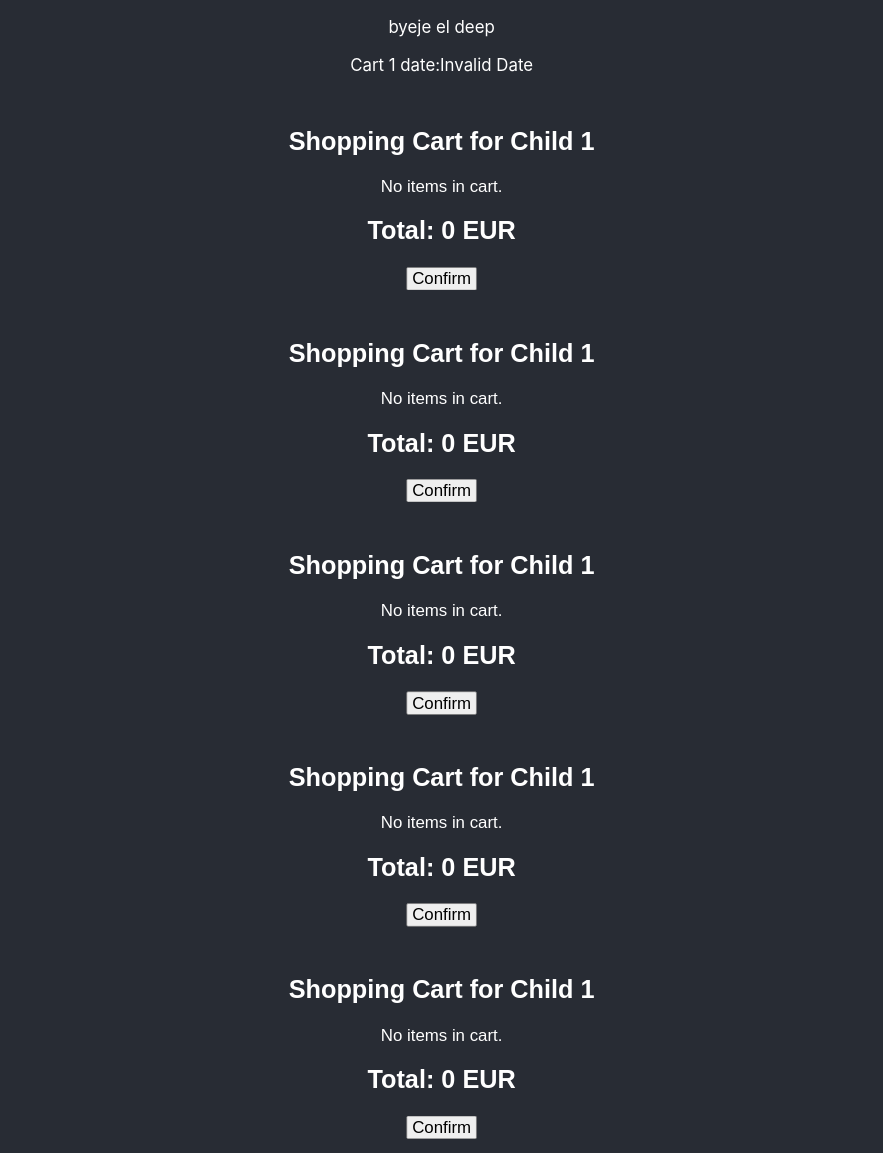
Repository: Zeriabo/DroppeXmas
Page: /
The author's editor kept a copy of each file at every save. The page is drawn from the files as they stood at one save, then again after the next save.
The browser window is 1280 px wide. The pictures show the whole page, at 69% of full size.
The page's requests for data from a server got no answer. The project was rebuilt for these pictures with package versions that can differ from the ones it lists, and the page was loaded fresh each time. No one was signed in, and anything a server would have sent is missing. Also part of the build but not shown: vite.config.js, src/components/atoms/cartItem.ts, src/components/molecules/CartItem.tsx.

Above is the page before, as saved 2022-02-09 20:57:23.

After the next save:
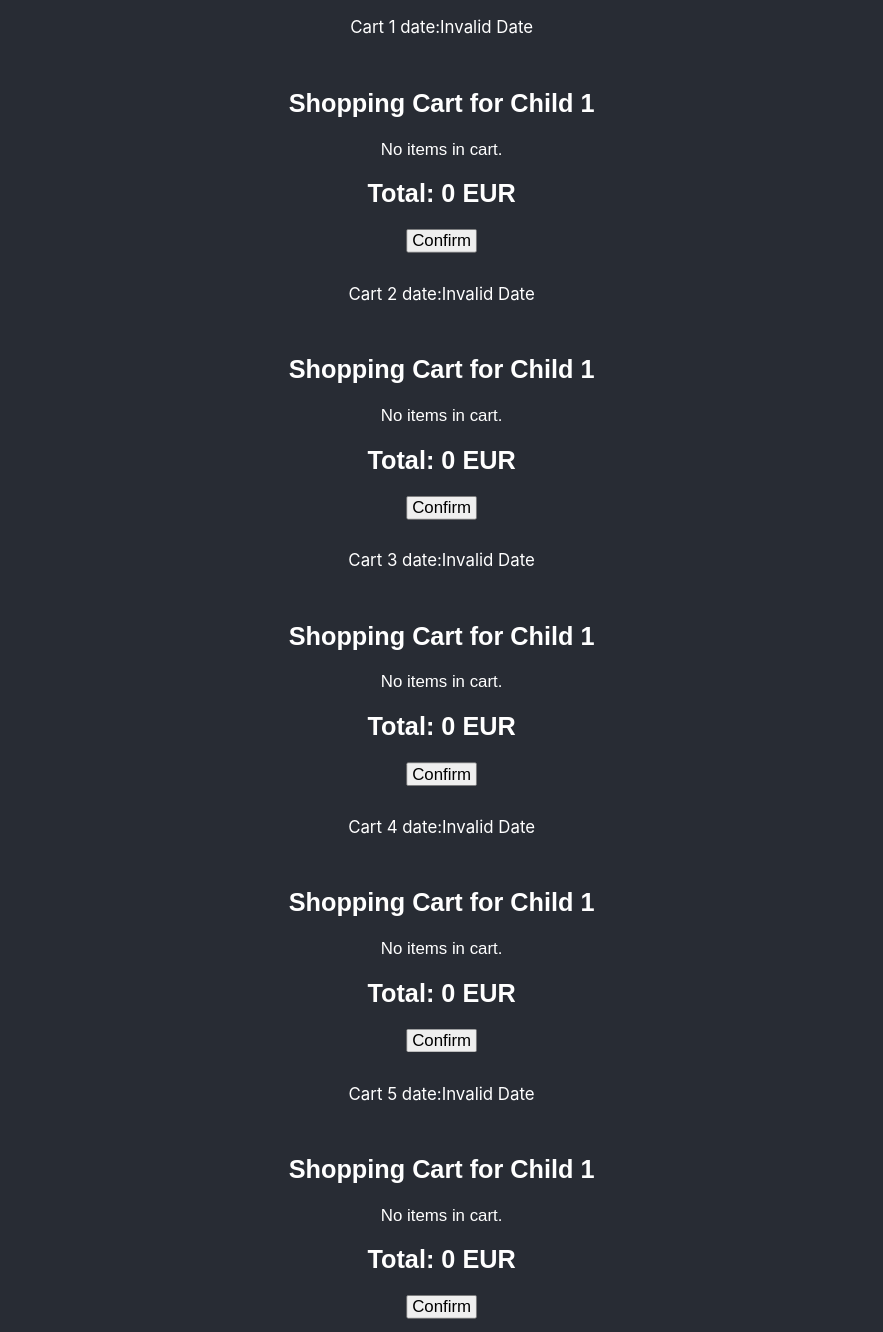
Saved 66 s later.
--- a/src/App.tsx
+++ b/src/App.tsx
@@ -65,13 +65,24 @@ console.log(cards.reducer)
 
           </div>
           <div>
-         <p>byeje el deep</p>
          <p>Cart 1 date:{new Date(card1.date).toLocaleDateString()}</p>
           </div>
         <div> <Cart childId={0} date={new Date(card1.date).toLocaleDateString()} cartItems={card1.products} child={0}  /></div>
+        <div>
+         <p>Cart 2 date:{new Date(card2.date).toLocaleDateString()}</p>
+          </div>
         <div> <Cart childId={0} date={new Date(card2.date).toLocaleDateString()} cartItems={card2.products} child={0}  /></div>
+        <div>
+         <p>Cart 3 date:{new Date(card3.date).toLocaleDateString()}</p>
+          </div>
         <div> <Cart childId={0} date={new Date(card3.date).toLocaleDateString()} cartItems={card3.products} child={0}  /></div>
+        <div>
+         <p>Cart 4 date:{new Date(card4.date).toLocaleDateString()}</p>
+          </div>
         <div> <Cart childId={0} date={new Date(card4.date).toLocaleDateString()} cartItems={card4.products} child={0}  /></div>
+        <div>
+         <p>Cart 5 date:{new Date(card5.date).toLocaleDateString()}</p>
+          </div>
         <div> <Cart childId={0} date={new Date(card5.date).toLocaleDateString()} cartItems={card5.products} child={0}  /></div>
        <div>
 
